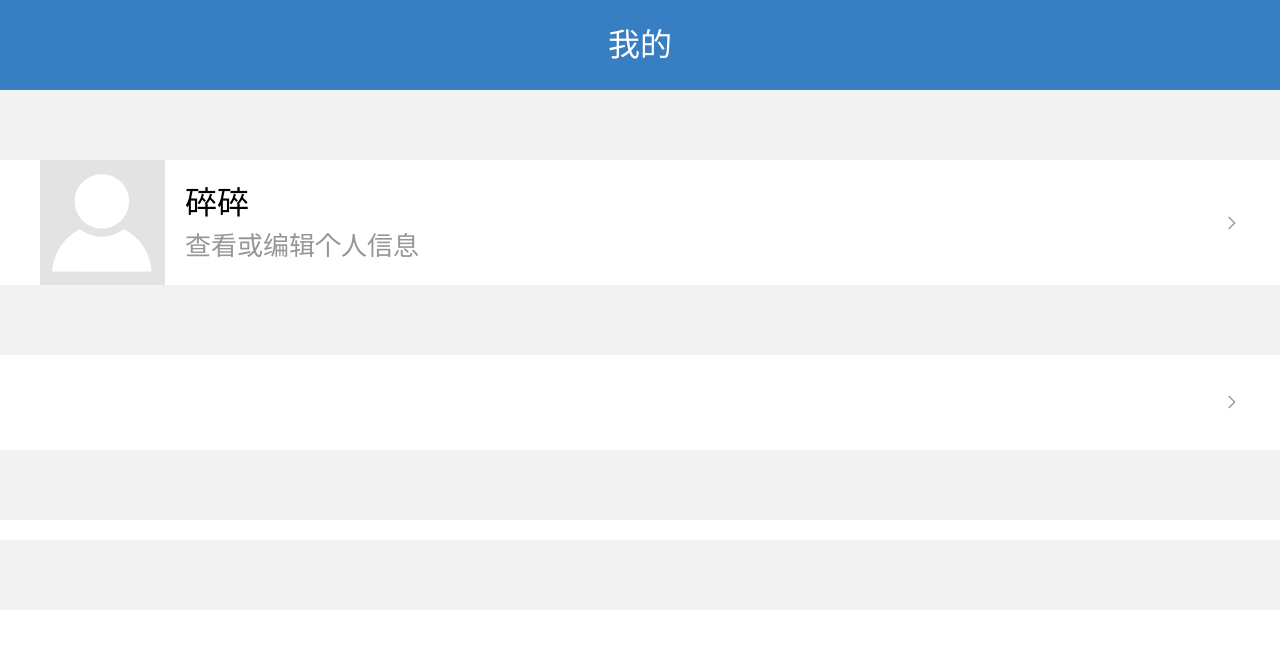
Repository: A1LExX/H5_study_set
Page: myProfile/index.html
An editor plug-in stored every save of this project. The page is shown before and after the next save, followed by the edit.
The browser window is 1280 px wide. The pictures show the whole page.

Above is the page before, as saved 2021-07-12 20:35:44.

After the next save:
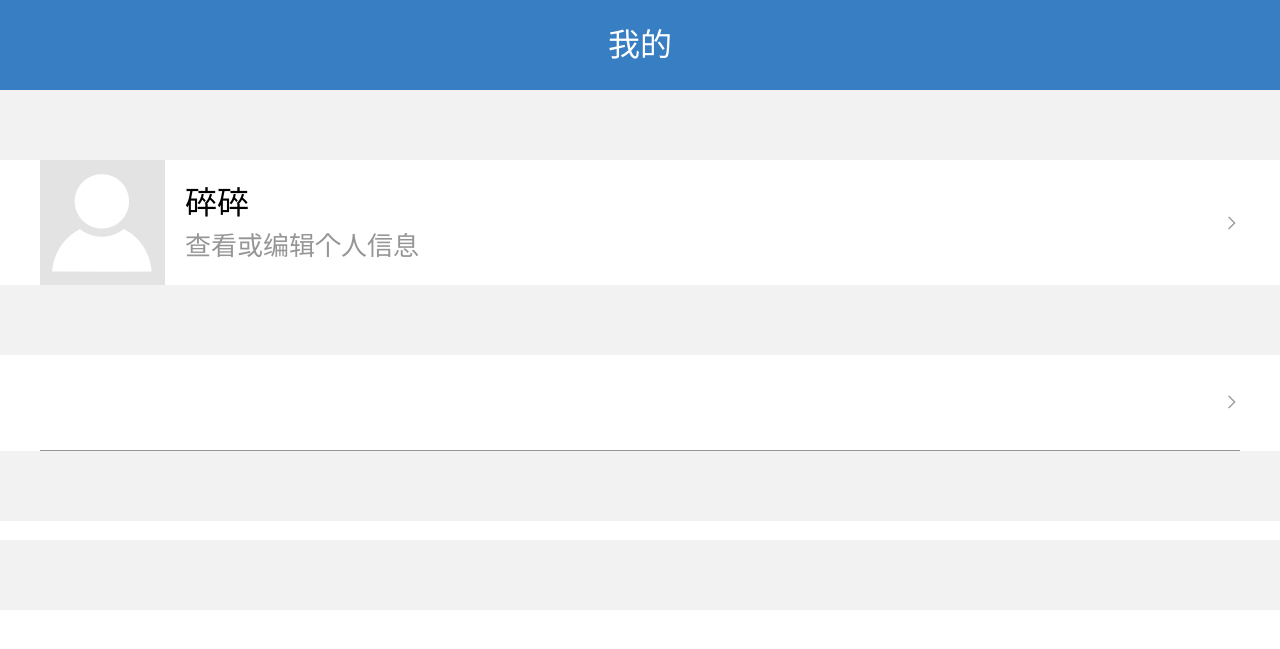
Saved 43 s later.
--- a/myProfile/css/index.css
+++ b/myProfile/css/index.css
@@ -2,7 +2,7 @@
  * @author [Alex Wei]
  * @email [w2262196@outlook.com]
  * @create date 2021-07-12 19:23:21
- * @modify date 2021-07-12 20:35:44
+ * @modify date 2021-07-12 20:36:27
  * @desc [description]
  */
 html, body{
@@ -97,6 +97,7 @@ body{
     display: flex;
     justify-content: space-between;
     line-height: .95rem;
+    border-bottom: 0.01rem solid #969696;
 }
 
 .itemTwo{
